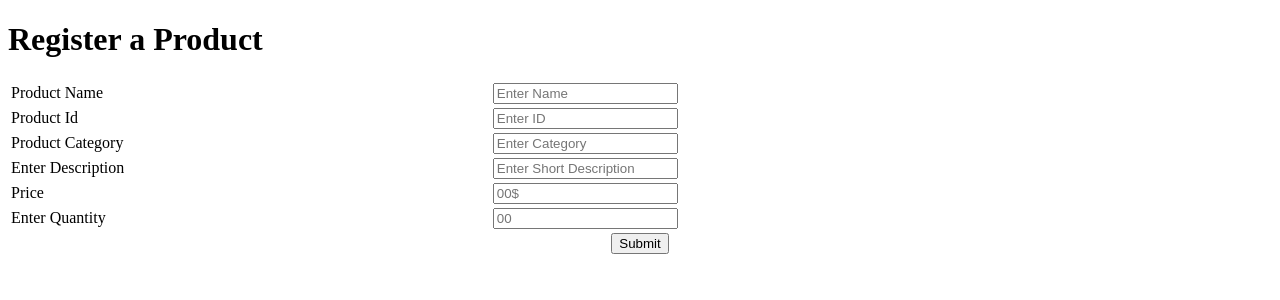
Repository: Dhwanishah1106/WTL
Page: Products/WebContent/product.html
The author's editor kept a copy of each file at every save. The page is drawn from the files as they stood at one save, then again after the next save.
The browser window is 1280 px wide. The pictures show the whole page.

Above is the page before, as saved 2019-04-07 10:20:24.

### Products/WebContent/product.html
<!DOCTYPE html>
<html>
<head>
<meta charset="UTF-8">
<title>Insert title here</title>
</head>
<body>
<form  method="POST" class="form1" action="First">
<h1>Register a Product</h1></center>
<table width="100%">
<tr>
	<td><label for="pname">Product Name</label></td>
	<td><input type="text" name="pname" id="pname" placeholder="Enter Name" required></td>
</tr>
<tr>
	<td><label for="productId">Product Id</label></td>
	<td><input type="number" name="productId" id="productId" placeholder="Enter ID" min="0"  required></td>
</tr>
<tr>
	<td><label for="category">Product Category</label></td>
	<td><input type="text" name="category" id="category" placeholder="Enter Category"  required></td>
</tr>
<tr>
	<td><label for="description">Enter Description</label></td>
	<td><input type="text" name="description" id="description" placeholder="Enter Short Description" required></td>
</tr>
<tr>
	<td><label for="price">Price</label></td>
	<td><input type="number" name="price" id="price" placeholder="00$" min="0" required></td>
</tr>
<tr>
	<td><label for="quantity">Enter Quantity</label></td>
	<td><input type="number" name="quantity" id="quantity" placeholder="00" min="0"  required></td>
</tr>
<tr>
	<td colspan="2" align="center"><input class="btn1" type="submit" value="Submit" name="submit" ></td>
</tr>
</table>
</form>
</body>
</html>

After the next save:
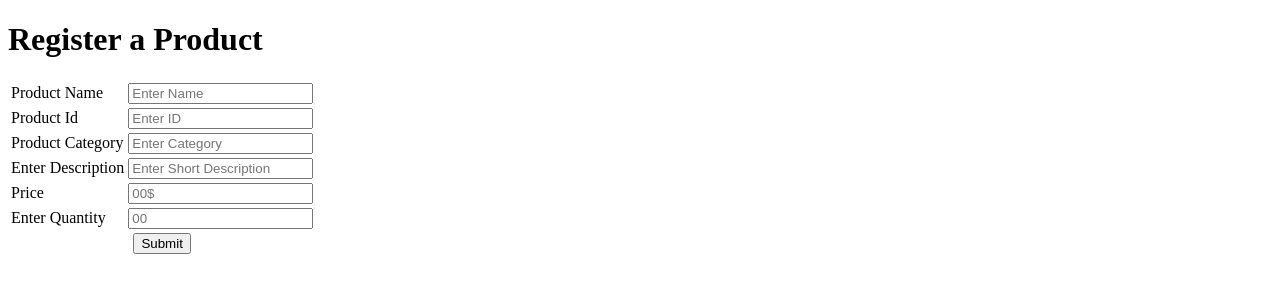
Saved 14 s later.
--- a/Products/WebContent/product.html
+++ b/Products/WebContent/product.html
@@ -6,8 +6,8 @@
 </head>
 <body>
 <form  method="POST" class="form1" action="First">
-<h1>Register a Product</h1></center>
-<table width="100%">
+<h1>Register a Product</h1>
+<table>
 <tr>
 	<td><label for="pname">Product Name</label></td>
 	<td><input type="text" name="pname" id="pname" placeholder="Enter Name" required></td>
